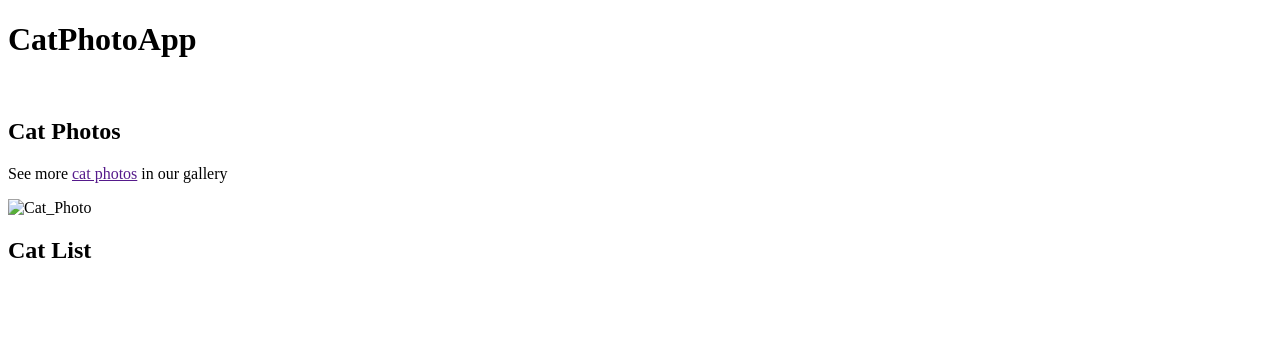
Repository: Lungdjos/cat_photo_app
Page: cat_photo_app/index.html
The author's editor kept a copy of each file at every save. The page is drawn from the files as they stood at one save, then again after a run of saves.
The browser window is 1280 px wide. The pictures show the whole page.

Above is the page before, as saved 2023-08-29 12:55:58.

After the next 4 saves:
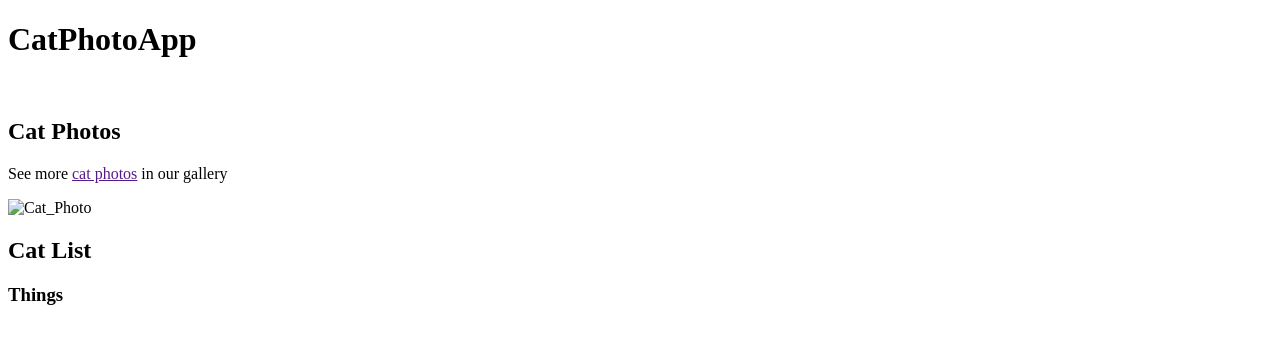
The 4 saves are shown as one change because they came seconds apart.
The last was saved 13 s later.
--- a/cat_photo_app/index.html
+++ b/cat_photo_app/index.html
@@ -16,6 +16,7 @@
         <a href="">cat photos</a> in our gallery</p>
     <img src="" alt="Cat_Photo">
     <h2>Cat List</h2>
+    <h3>Things </h3>
 </body>
 
 </html>
